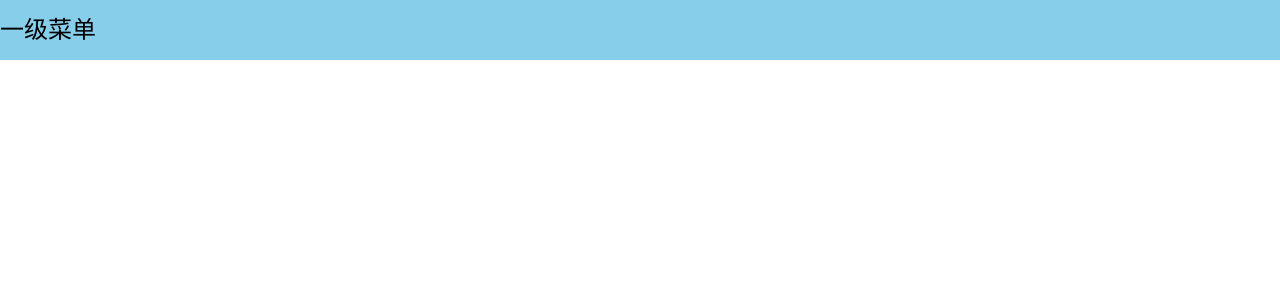
Repository: JJianZ/miao
Page: css-menu.html
The author's editor kept a copy of each file at every save. The page is drawn from the files as they stood at one save, then again after the next save.
The browser window is 1280 px wide. The pictures show the whole page.

Above is the page before, as saved 2021-11-22 22:08:45.

After the next save:
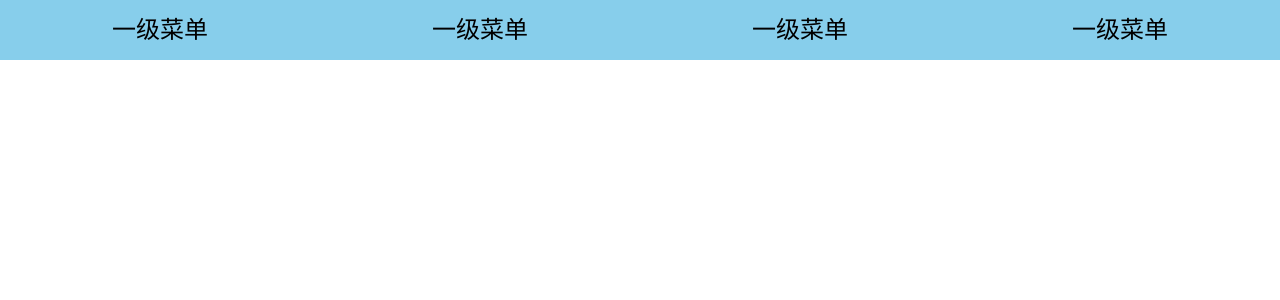
Saved 18 s later.
--- a/css-menu.html
+++ b/css-menu.html
@@ -31,13 +31,12 @@
       overflow: hidden;
       margin: 0 auto;
       text-align: center;
-      display: none;
+    }
+    ul:hover {
+      overflow: visible;
     }
     ul span:hover {
       color: lawngreen;
-    }
-    ul span:hover ul {
-      display: block;
     }
     ul li {
       font-size: 16px;
@@ -55,8 +54,7 @@
 </head>
 <body>
   <nav>
-    <span>一级菜单</span>
-    <ul>
+    <ul><span>一级菜单</span>
       <li><a href="#">二级菜单</a></li>
       <li><a href="#">二级菜单</a></li>
       <li><a href="#">二级菜单</a></li>
